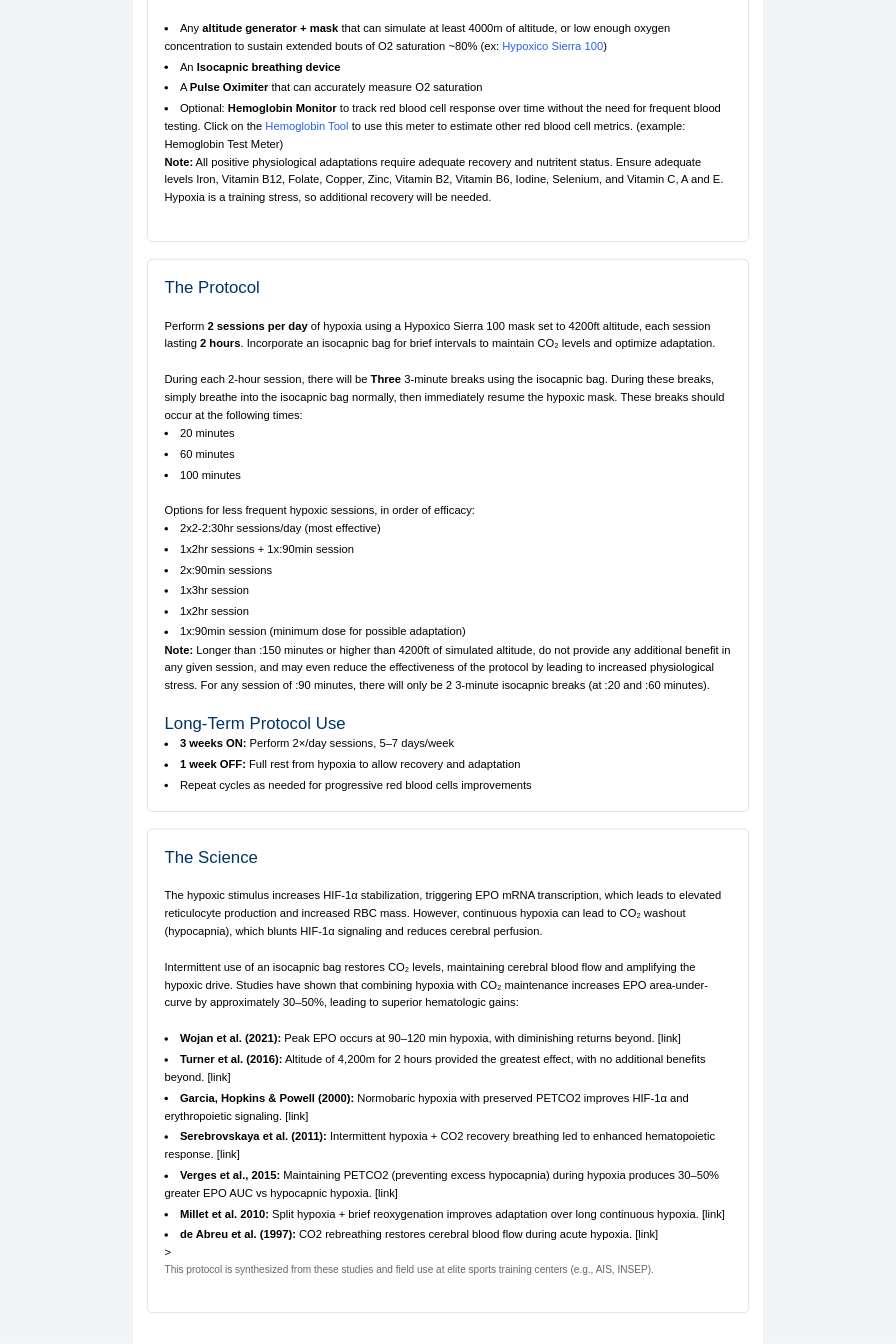
Repository: austenhughes1/hemoglobin_rbc_metrics
Page: hypoxia_protocol.html
These files come from the project's save history. The page is drawn as it stood at one moment and after the next save; the edit follows.
The browser window is 1280 px wide. The pictures show the part of the page from y = 924 to 2844 px (the page is 2844 px tall before and 2819 px after), at 70% of full size.
Some web libraries are served in a nearby version.

Above is the page before, as saved 2025-06-26 15:55:51.

### hypoxia_protocol.html
<!DOCTYPE html>
<html lang="en">
<head>
  <meta charset="UTF-8" />
  <meta name="viewport" content="width=device-width, initial-scale=1.0"/>
  <title>Hemocalc PRO Hypoxia + Isocapnic Bag Protocol</title>
  <script src="https://cdn.tailwindcss.com"></script>
  <style>
    /* Typography & layout for the content area */
    .content {
      font-family: Arial, sans-serif;
      line-height: 1.6;
      padding: 20px;
      max-width: 900px;
      margin: auto;
      background: white;
    }
    h1, h2, h3 { color: #003366; }
    h1 { border-bottom: 2px solid #003366; padding-bottom: 5px; }
    .citation { font-size: 0.9em; color: #666; }
  </style>
</head>
<body class="bg-gray-100 min-h-screen">

  <!-- Full‐width sticky header -->
  <header class="sticky top-0 z-20 bg-gray-100 shadow-sm w-full">
    <nav class="flex justify-start space-x-2 px-4 py-3">
      <a
        href="index.html"
        class="px-4 py-2 border border-b-0 rounded-t bg-gray-100 text-gray-900 font-medium whitespace-nowrap"
      >
        Hemoglobin Tool
      </a>
      <a
        href="hypoxia_protocol.html"
        class="px-4 py-2 border border-b-0 rounded-t bg-white text-gray-600 hover:bg-gray-200 whitespace-nowrap"
      >
        Hypoxia Protocol
      </a>
    </nav>
  </header>

  <!-- Main content container -->
  <div class="content">
    <h1 class="text-4xl font-bold mb-4">Hypoxia Protocol for Increased Endurance and/or Altitude Adaptation</h1>

    <section class="border border-gray-300 rounded-lg p-6 mb-6 bg-white">
        <h2 class="text-2xl">Why Use This Protocol?</h2>
        <br>
        <p>
        This protocol is designed for endurance athletes, high-altitude athletes, or any individuals aiming to increase their red blood cell (RBC) mass, improve oxygen transport, and improve endurance athletic performance without the use of WADA banned substances.
        </p>
        <br>
        <p>
        Classically, altitude training blocks or altitude exposures such as altitude tents have been a staple for endurance athletes to improve performance. However, these methods have their drawbacks; training at altitude reduces the quality of higher intensity sessions, and altitude tents can reduce sleep quality and recovery. This protocol can ben done in 2-4 hours per day, and can be done while peforming any daily activity that doesn't require you to move to many different rooms or locations (e.g., working at a computer, reading or watching television, etc).
        </p>
        <br>
        <p>
        This protocol can be used anywhere, at any time, once you have the equipment. It is designed to be used in conjunction with your normal training schedule, allowing you to maintain high-quality training while still reaping the benefits of altitude exposure. Even when used while living and/or training at altitude, this protocol will provide benefits above and beyond what can be achieved through altitude exposure alone.
        </p>
        <br>
        <p>By combining controlled hypoxia sessions with intermittent isocapnic breathing, this approach:</p>
        <br>
        <ul class="list-disc list-inside space-y-1">
            <li>Stimulates <strong>erythropoietin (EPO)</strong> production and reticulocyte response</li>
            <li>Enhances <strong>red blood cell mass</strong> for improved endurance</li>
            <li>Enhances <strong>iron</strong> utilization ceruloplasmin production </li>
            <li>Maintains <strong>cerebral perfusion</strong> and reduces central fatigue during hypoxia</li>
        </ul>
    </section>

    <section class="border border-gray-300 rounded-lg p-6 mb-6 bg-white">
        <h2 class="text-2xl">Equipment Needed</h2>
        <br>
        <ul class="list-disc list-inside space-y-1">
            <li>Any <strong>altitude generator + mask</strong> that can simulate at least 4000m of altitude, or low enough oxygen concentration to sustain extended bouts of O2 saturation ~80% (ex: <a class="text-blue-600 hover:underline" href="https://hypoxico.com/products/sierra-100" target="_blank">Hypoxico Sierra 100</a>)</li>
            <li>An <strong>Isocapnic breathing device</strong></li>
            <li>A <strong>Pulse Oximiter</strong> that can accurately measure O2 saturation</li>
            <li>Optional: <strong>Hemoglobin Monitor</strong> to track red blood cell response over time without the need for frequent blood testing. Click on the <a class="text-blue-600 hover:underline" href="https://www.hemocalc.pro/index.html">Hemoglobin Tool</a> to use this meter to estimate other red blood cell metrics. (example: <a href="https://amzn.to/4lqfsCO">Hemoglobin Test Meter</a>)</li>
        </ul>
        <p>
        <strong>Note:</strong> All positive physiological adaptations require adequate recovery and nutritent status. Ensure adequate levels Iron, Vitamin B12, Folate, Copper, Zinc, Vitamin B2, Vitamin B6, Iodine, Selenium, and Vitamin C, A and E. Hypoxia is a training stress, so additional recovery will be needed.
        </p>
        <br>
    </section>

    <section class="border border-gray-300 rounded-lg p-6 mb-6 bg-white">
        <h2 class="text-2xl">The Protocol</h2>
        <br>
        <p>
        Perform <strong>2 sessions per day</strong> of hypoxia using a Hypoxico Sierra 100 mask set to 4200ft altitude, each session lasting <strong>2 hours</strong>. Incorporate an isocapnic bag for brief intervals to maintain CO₂ levels and optimize adaptation.
        </p>
        <br>

        <p>
        During each 2-hour session, there will be <strong>Three</strong> 3-minute breaks using the isocapnic bag. During these breaks, simply breathe into the isocapnic bag normally, then immediately resume the hypoxic mask. These breaks should occur at the following times:
        <ul class="list-disc list-inside space-y-1">
            <li>20 minutes</li>
            <li>60 minutes</li>
            <li>100 minutes</li>
        </ul>
        </p>
        <br>

        <p>
        Options for less frequent hypoxic sessions, in order of efficacy:
        <ul class="list-disc list-inside space-y-1">
            <li>2x2-2:30hr sessions/day (most effective)</li>
            <li>1x2hr sessions + 1x:90min session</li>
            <li>2x:90min sessions</li>
            <li>1x3hr session</li>
            <li>1x2hr session</li>
            <li>1x:90min session (minimum dose for possible adaptation)</li>
        </ul>
        <strong>Note:</strong> Longer than :150 minutes or higher than 4200ft of simulated altitude, do not provide any additional benefit in any given session, and may even reduce the effectiveness of the protocol by leading to increased physiological stress. For any session of :90 minutes, there will only be 2 3-minute isocapnic breaks (at :20 and :60 minutes).
        </p>
        <br>

        <h2 class="text-2xl">Long-Term Protocol Use</h2>
        <ul class="list-disc list-inside space-y-1">
        <li><strong>3 weeks ON:</strong> Perform 2×/day sessions, 5–7 days/week</li>
        <li><strong>1 week OFF:</strong> Full rest from hypoxia to allow recovery and adaptation</li>
        <li>Repeat cycles as needed for progressive red blood cells improvements</li>
        </ul>
    </section>


    <section class="border border-gray-300 rounded-lg p-6 mb-6 bg-white">
        <h2 class="text-2xl">The Science </h2>
        <br>
        <p>
        The hypoxic stimulus increases HIF-1α stabilization, triggering EPO mRNA transcription, which leads to elevated reticulocyte production and increased RBC mass. However, continuous hypoxia can lead to CO₂ washout (hypocapnia), which blunts HIF-1α signaling and reduces cerebral perfusion.
        </p>
        <br>
        <p>
        Intermittent use of an isocapnic bag restores CO₂ levels, maintaining cerebral blood flow and amplifying the hypoxic drive. Studies have shown that combining hypoxia with CO₂ maintenance increases EPO area-under-curve by approximately 30–50%, leading to superior hematologic gains:
        </p>
        <br>
        <ul class="list-disc list-inside space-y-1">
            <li><strong>Wojan et al. (2021):</strong> Peak EPO occurs at 90–120 min hypoxia, with diminishing returns beyond. [<a href="https://digitalcommons.wku.edu/ijesab/vol2/iss13/14/" target="_blank">link</a>]</li>
            <li><strong>Turner et al. (2016):</strong> Altitude of 4,200m for 2 hours provided the greatest effect, with no additional benefits beyond. [<a href="https://scispace.com/pdf/the-time-course-of-endogenous-erythropoietin-il-6-and-tnfa-ay76186dmp.pdf" target="_blank">link</a>]</li>
            <li><strong>Garcia, Hopkins & Powell (2000):</strong> Normobaric hypoxia with preserved PETCO2 improves HIF-1α and erythropoietic signaling. [<a href="https://pubmed.ncbi.nlm.nih.gov/10996186/" target="_blank">link</a>]</li>
            <li><strong>Serebrovskaya et al. (2011):</strong> Intermittent hypoxia + CO2 recovery breathing led to enhanced hematopoietic response. [<a href="https://pmc.ncbi.nlm.nih.gov/articles/PMC3186684/" target="_blank">link</a>]</li>
            <li><strong>Verges et al., 2015:</strong> Maintaining PETCO2 (preventing excess hypocapnia) during hypoxia produces 30–50% greater EPO AUC vs hypocapnic hypoxia. [<a href="https://www.frontiersin.org/journals/pediatrics/articles/10.3389/fped.2015.00058/full" target="_blank">link</a>]</li>
            <li><strong>Millet et al. 2010:</strong> Split hypoxia + brief reoxygenation improves adaptation over long continuous hypoxia. [<a href="https://pubmed.ncbi.nlm.nih.gov/20020784/" target="_blank">link</a>]</li>
            <li><strong>de Abreu et al. (1997):</strong> CO2 rebreathing restores cerebral blood flow during acute hypoxia. [<a href="https://pubmed.ncbi.nlm.nih.gov/9142035/" target="_blank">link</a>]</li>
>
        </ul>

        <p class="citation">
        This protocol is synthesized from these studies and field use at elite sports training centers (e.g., AIS, INSEP).
        </p>
        <br>
    </section>
  </div>
</body>
</html>

After the next save:
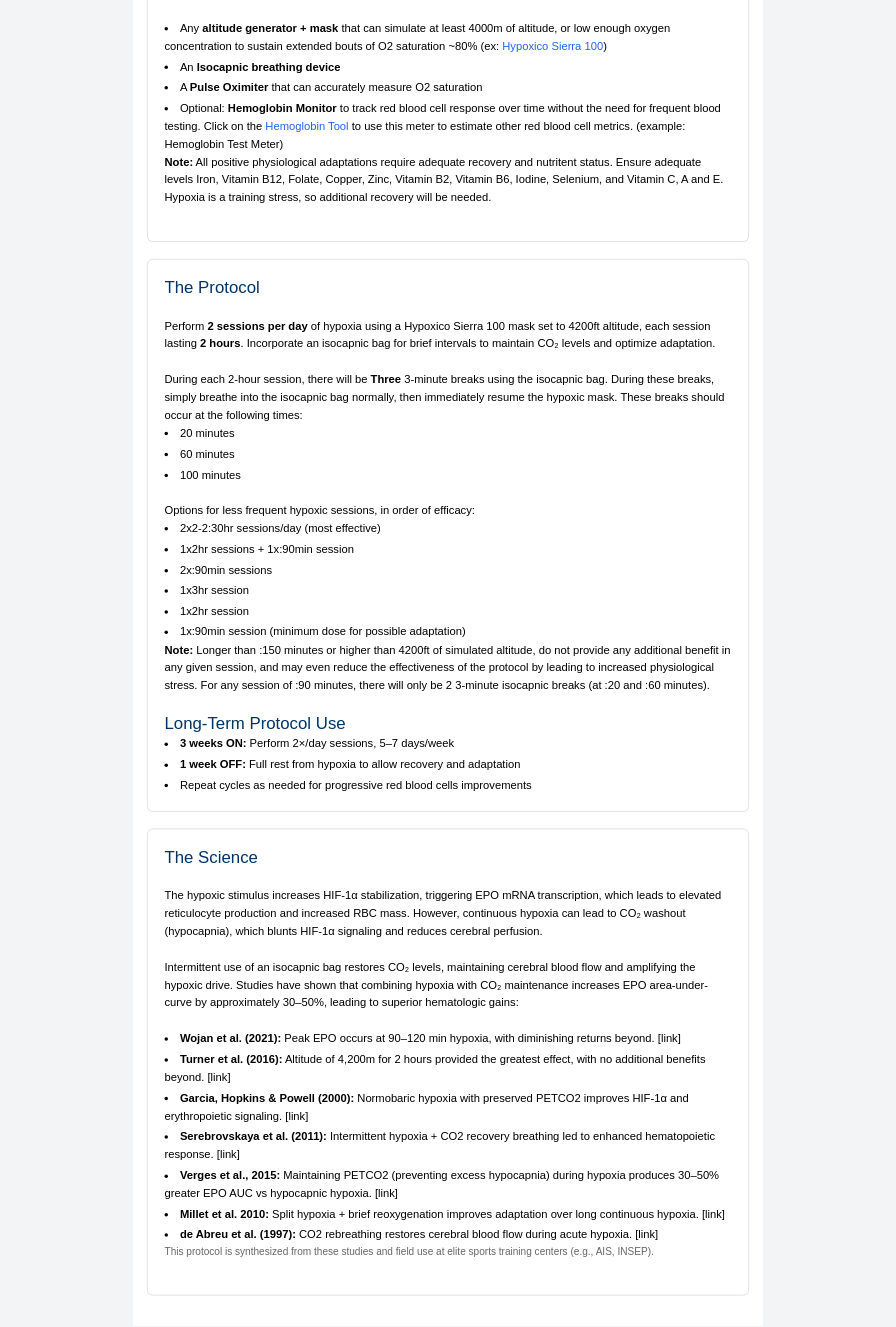
Saved 98 s later.
--- a/hypoxia_protocol.html
+++ b/hypoxia_protocol.html
@@ -144,7 +144,6 @@
             <li><strong>Verges et al., 2015:</strong> Maintaining PETCO2 (preventing excess hypocapnia) during hypoxia produces 30–50% greater EPO AUC vs hypocapnic hypoxia. [<a href="https://www.frontiersin.org/journals/pediatrics/articles/10.3389/fped.2015.00058/full" target="_blank">link</a>]</li>
             <li><strong>Millet et al. 2010:</strong> Split hypoxia + brief reoxygenation improves adaptation over long continuous hypoxia. [<a href="https://pubmed.ncbi.nlm.nih.gov/20020784/" target="_blank">link</a>]</li>
             <li><strong>de Abreu et al. (1997):</strong> CO2 rebreathing restores cerebral blood flow during acute hypoxia. [<a href="https://pubmed.ncbi.nlm.nih.gov/9142035/" target="_blank">link</a>]</li>
->
         </ul>
 
         <p class="citation">
